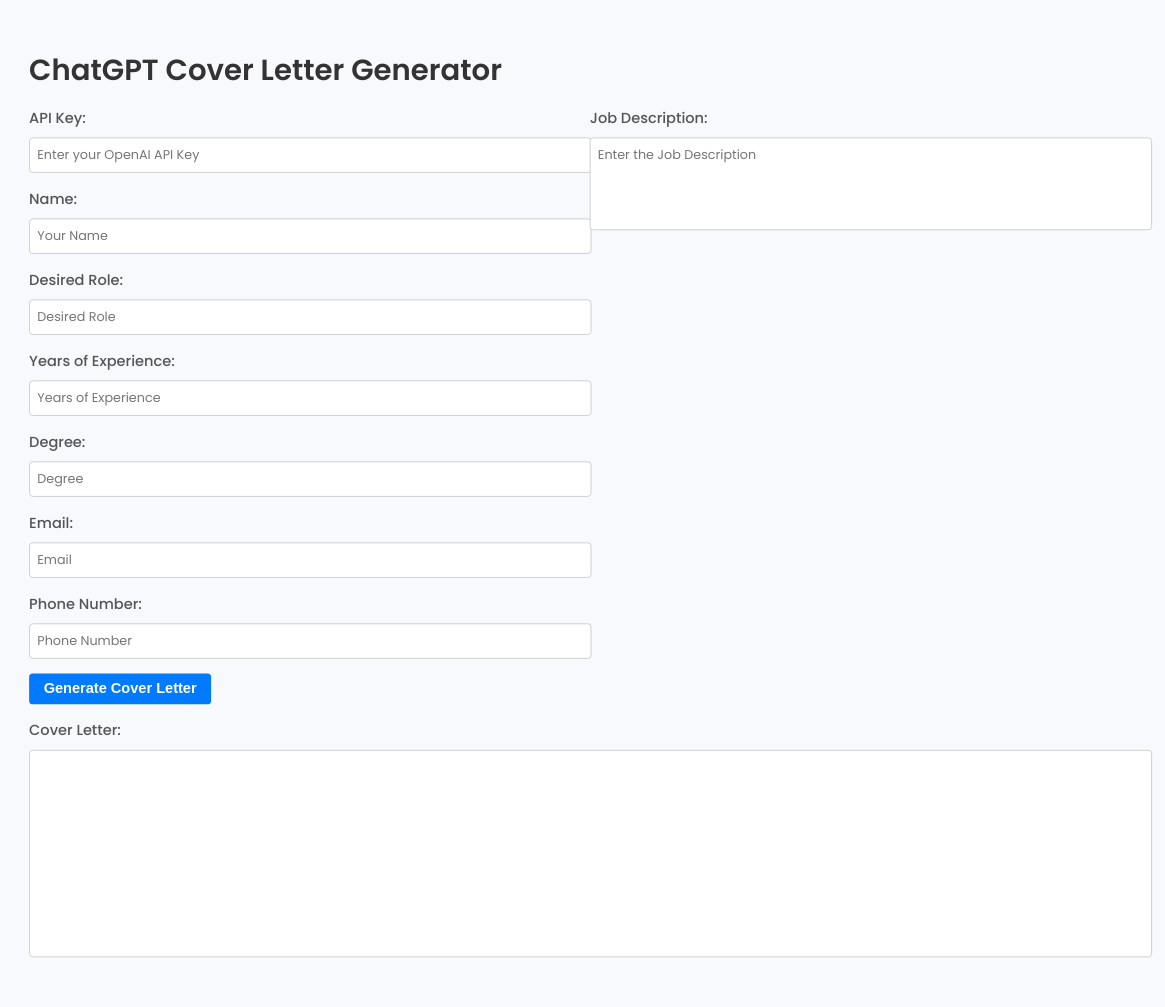
Repository: fechinmitchell/MFM
Page: popup.html
These files come from the project's save history. The page is drawn as it stood at one moment and after the next save; the edit follows.
The browser window is 1280 px wide. The pictures show the whole page, at 91% of full size.

Above is the page before, as saved 2023-07-04 20:47:17.

### popup.html
<!DOCTYPE html>
<html lang="en">
<head>
  <meta charset="UTF-8">
  <meta name="viewport" content="width=device-width, initial-scale=1.0">
  <title>GPT Cover Letter Generator</title>
  <link href="https://fonts.googleapis.com/css?family=Poppins:300,400,500,600,700" rel="stylesheet">
  <style>
    body {
      font-family: 'Poppins', Arial, sans-serif;
      margin: 0;
      padding: 2rem;
      background-color: #f7f9fc;
    }
    h1, h2 {
      font-weight: 600;
      margin-bottom: 1rem;
      color: #333;
    }
    .form-container {
      display: grid;
      grid-template-columns: repeat(auto-fit, minmax(300px, 1fr));
      gap: 1rem;
    }
    label {
      display: block;
      margin-bottom: 0.25rem;
      font-weight: 500;
      color: #555;
    }
    input,
    textarea {
      width: 100%;
      margin-top: 5px;
      margin-bottom: 1rem;
      padding: 0.5rem;
      border: 1px solid #ccc;
      border-radius: 4px;
      font-family: 'Poppins', Arial, sans-serif;
      font-size: 14px;
      font-weight: 400;
      color: #333;
      resize: none;
    }
    input:focus,
    textarea:focus {
      outline: none;
      border: 1px solid #007bff;
    }
    button {
      background-color: #007bff;
      border: none;
      color: white;
      padding: 0.5rem 1rem;
      text-align: center;
      text-decoration: none;
      display: inline-block;
      font-size: 16px;
      font-weight: 600;
      margin: 0 0 1rem;
      cursor: pointer;
      border-radius: 4px;
      transition: background-color 0.3s;
    }
    button:hover {
      background-color: #0056b3;
    }

  </style>
</head>
<body>
  <h1>ChatGPT Cover Letter Generator</h1>

  <div class="form-container">
    <div>
      <label for="apiKey">API Key:</label>
      <input type="text" id="apiKey" placeholder="Enter your OpenAI API Key">

      <label for="name">Name:</label>
      <input type="text" id="name" placeholder="Your Name">

      <label for="desiredRole">Desired Role:</label>
      <input type="text" id="desiredRole" placeholder="Desired Role">

      <label for="yearsExperience">Years of Experience:</label>
      <input type="text" id="yearsExperience" placeholder="Years of Experience">

      <label for="degree">Degree:</label>
      <input type="text" id="degree" placeholder="Degree">

      <label for="email">Email:</label>
      <input type="text" id="email" placeholder="Email">

      <label for="phoneNumber">Phone Number:</label>
      <input type="text" id="phoneNumber" placeholder="Phone Number">
    </div>
    <div>
      <label for="jobDescription">Job Description:</label>
      <textarea id="jobDescription" rows="4" cols="50" placeholder="Enter the Job Description"></textarea>
    </div>
  </div>

  <button id="generateBtn">Generate Cover Letter</button>

  <div id="loading" style="display: none;">
    <p>Loading... This may take up to 10 seconds.</p>
  </div>

  <label for="coverLetter">Cover Letter:</label>
  <textarea id="coverLetter" rows="10" cols="50"></textarea>

  <div id="error" style="display: none; color: red;"></div>

  <script src="popup.js"></script>
</body>
</html>

### popup.js
document.addEventListener("DOMContentLoaded", () => {
  const generateBtn = document.getElementById("generateBtn");
  const apiKeyInput = document.getElementById("apiKey");
  const nameInput = document.getElementById("name");
  const desiredRoleInput = document.getElementById("desiredRole");
  const yearsExperienceInput = document.getElementById("yearsExperience");
  const degreeInput = document.getElementById("degree");
  const emailInput = document.getElementById("email");
  const phoneNumberInput = document.getElementById("phoneNumber");
  const jobDescription = document.getElementById("jobDescription");
  const coverLetter = document.getElementById("coverLetter");
  const loading = document.getElementById("loading");
  const error = document.getElementById("error");
  const loadingBar = document.getElementById("loadingBar");

  // Load saved data from localStorage
  apiKeyInput.value = localStorage.getItem('apiKey') || '';
  nameInput.value = localStorage.getItem('name') || '';
  desiredRoleInput.value = localStorage.getItem('desiredRole') || '';
  yearsExperienceInput.value = localStorage.getItem('yearsExperience') || '';
  degreeInput.value = localStorage.getItem('degree') || '';
  emailInput.value = localStorage.getItem('email') || '';
  phoneNumberInput.value = localStorage.getItem('phoneNumber') || '';
  jobDescription.value = localStorage.getItem('jobDescription') || '';

  let response;

  generateBtn.addEventListener("click", async () => {
    try {
      loading.style.display = "block";
      error.style.display = "none";

      const apiKey = apiKeyInput.value;
      const name = nameInput.value;
      const desiredRole = desiredRoleInput.value;
      const yearsExperience = yearsExperienceInput.value;
      const degree = degreeInput.value;
      const email = emailInput.value;
      const phoneNumber = phoneNumberInput.value;
      const description = jobDescription.value;

      // Save data to localStorage
      localStorage.setItem('apiKey', apiKey);
      localStorage.setItem('name', name);
      localStorage.setItem('desiredRole', desiredRole);
      localStorage.setItem('yearsExperience', yearsExperience);
      localStorage.setItem('degree', degree);
      localStorage.setItem('email', email);
      localStorage.setItem('phoneNumber', phoneNumber);
      localStorage.setItem('jobDescription', description);

      const messages = [
        {
          'role': 'system',
          'content': 'You are a helpful assistant.'
        },
        {
          'role': 'user',
          'content': `Generate a professional cover letter for a job application based on the following information in about 300 words or less please:
          Name: ${name}
          Desired Role: ${desiredRole}
          Years of Experience: ${yearsExperience}
          Degree: ${degree}
          Email: ${email}
          Phone Number: ${phoneNumber}

          Job Description:
          ${description}`
        }
      ];

      response = await fetch("https://api.openai.com/v1/chat/completions", {
        method: "POST",
        headers: {
          "Content-Type": "application/json",
          "Authorization": `Bearer ${apiKey}`
        },
        body: JSON.stringify({
          'model': 'gpt-3.5-turbo',
          'messages': messages,
          'max_tokens': 500,
          'n': 1,
          'temperature': 0.5
        })
      });

      if (!response.ok) {
        if (response.status === 401) {
          throw new Error("Invalid API key");
        } else {
          throw new Error(`Error generating cover letter (status: ${response.status}, statusText: ${response.statusText})`);
        }
      }

      const data = await response.json();
      const generatedText = data['choices'][0]['message']['content'];
      coverLetter.value = generatedText;


    } catch (e) {
      console.error(e);

      if (e.message === "Invalid API key") {
        error.innerText = "Error generating cover letter. Invalid API key. Please check your API key and try again.";
      } else if (e.message === "Error generating cover letter") {
        error.innerText = `Error generating cover letter (status: ${response && response.status}, statusText: ${response && response.statusText}). Please check your API key and try again.`;
      } else {
        error.innerText = "An unexpected error occurred. Please try again.";
      }
      error.style.display = "block";
    } finally {
      loading.style.display = "none";
    }
  });
});

After the next save:
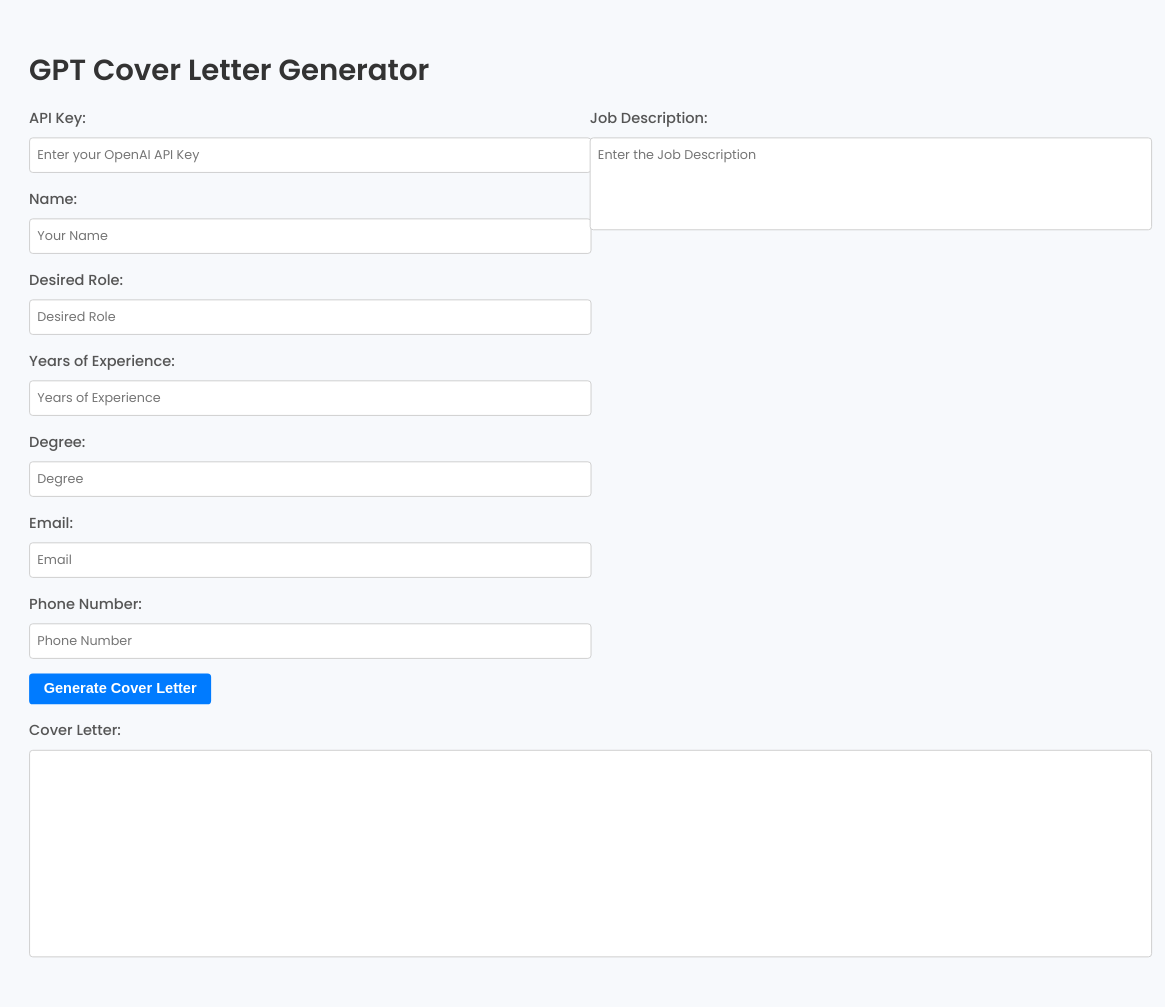
Saved 17 s later.
--- a/popup.html
+++ b/popup.html
@@ -69,7 +69,7 @@
   </style>
 </head>
 <body>
-  <h1>ChatGPT Cover Letter Generator</h1>
+  <h1>GPT Cover Letter Generator</h1>
 
   <div class="form-container">
     <div>
